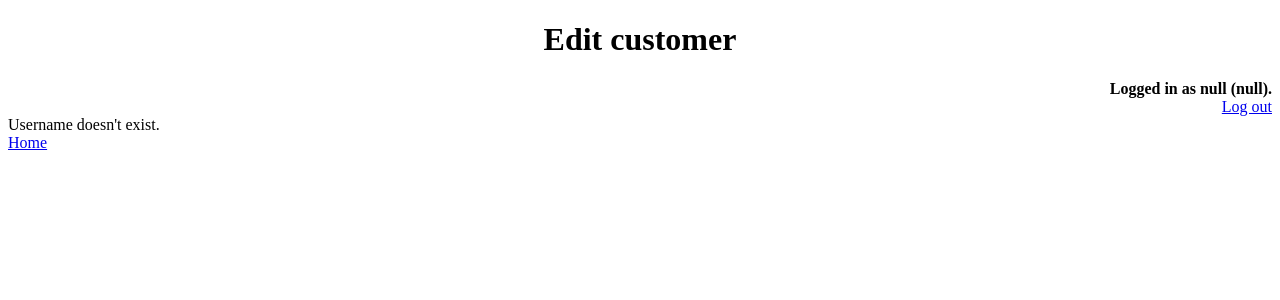
Repository: Pheazon/data_management
Page: http://localhost/cs336Final/editCustomer.jsp
The author's editor kept a copy of each file at every save. The page is drawn from the files as they stood at one save, then again after the next save.
The browser window is 1280 px wide. The pictures show the whole page.
The page is served by Tomcat 9. The database holds what the project's SQL file puts in it.

Above is the page before, as saved 2019-12-05 19:29:11.

After the next save:
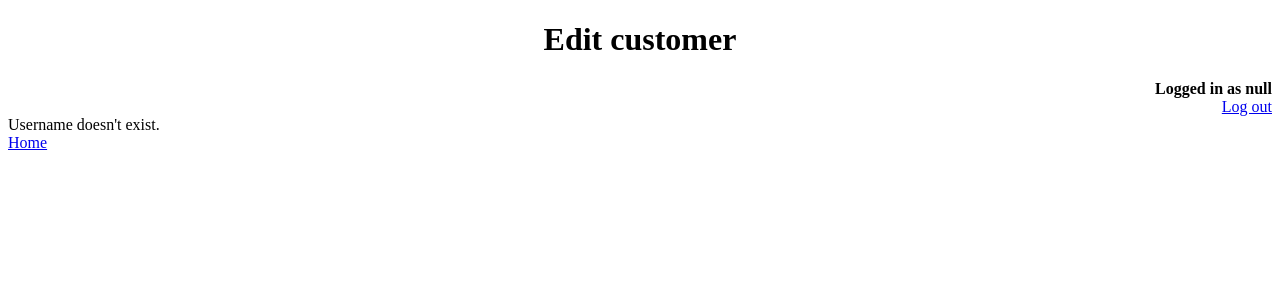
Saved 107 s later.
--- a/cs336Final/WebContent/editCustomer.jsp
+++ b/cs336Final/WebContent/editCustomer.jsp
@@ -13,7 +13,7 @@
 	<h1 align="center">Edit customer</h1>
 
 	<div align="right"> <b> Logged in as
-	<%=session.getAttribute("user")%> (<%=session.getAttribute("userType") %>).
+	<%=session.getAttribute("username")%>
 	</b> <br>
 	<a href='logout.jsp'>Log out</a>
 	</div>
@@ -41,12 +41,12 @@
 		<table>
 			<tr>
 				<td>username</td>
-				<td><input type="text" name="Username" value=<%=username%> maxlength="25"
+				<td><input type="text" name="username" value=<%=username%> maxlength="25"
 				required></td>
 			</tr>
 			<tr>
 				<td>password</td>
-				<td><input type="password" name="Password" maxlength="25"
+				<td><input type="password" name="password" maxlength="25"
 				required></td>
 			</tr>
 		</table>
